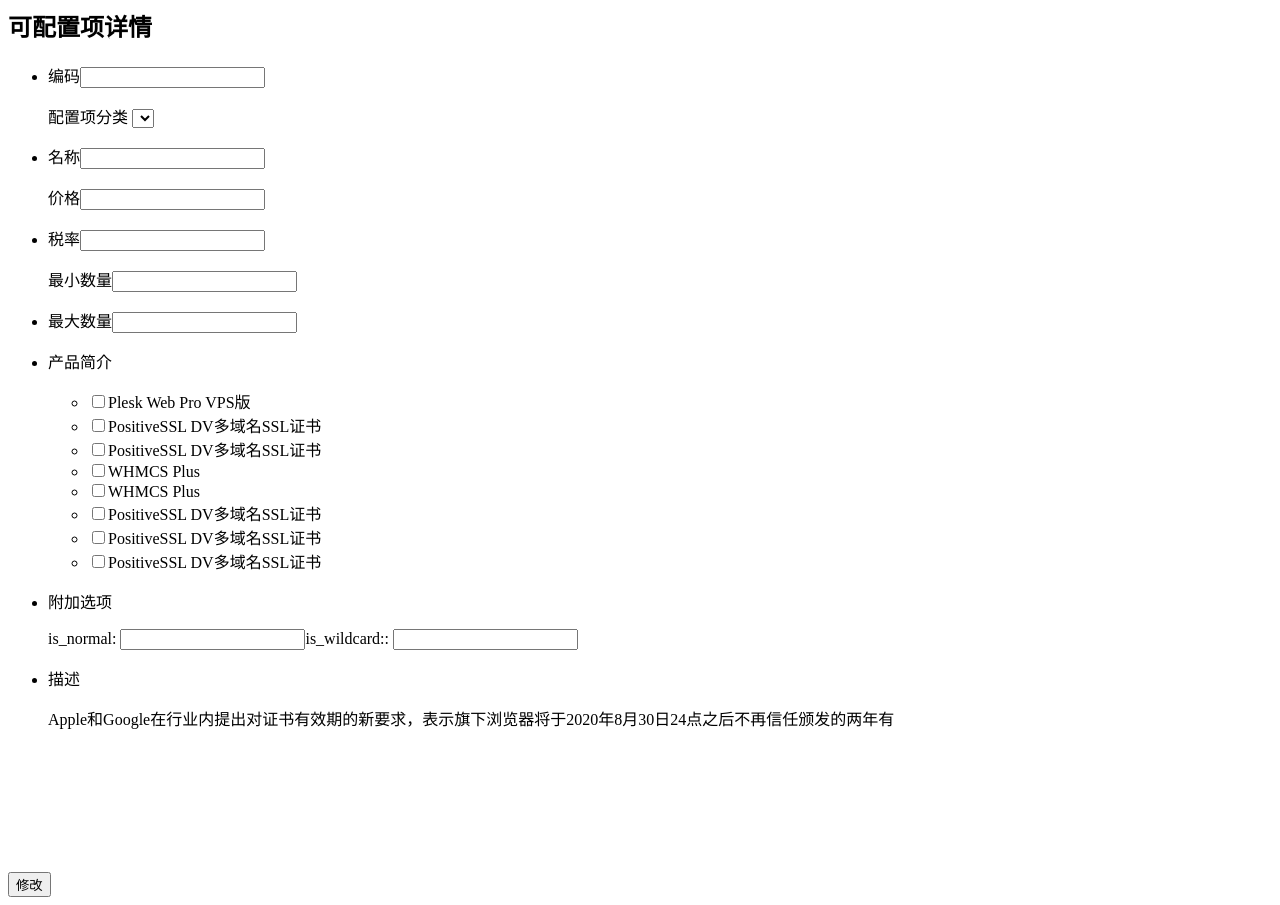
Repository: wangyan466393/racentSystem
Page: configurableDetail.html
The author's editor kept a copy of each file at every save. The page is drawn from the files as they stood at one save, then again after the next save.
The browser window is 1280 px wide. The pictures show the whole page.

Above is the page before, as saved 2020-08-12 16:28:29.

After the next save:
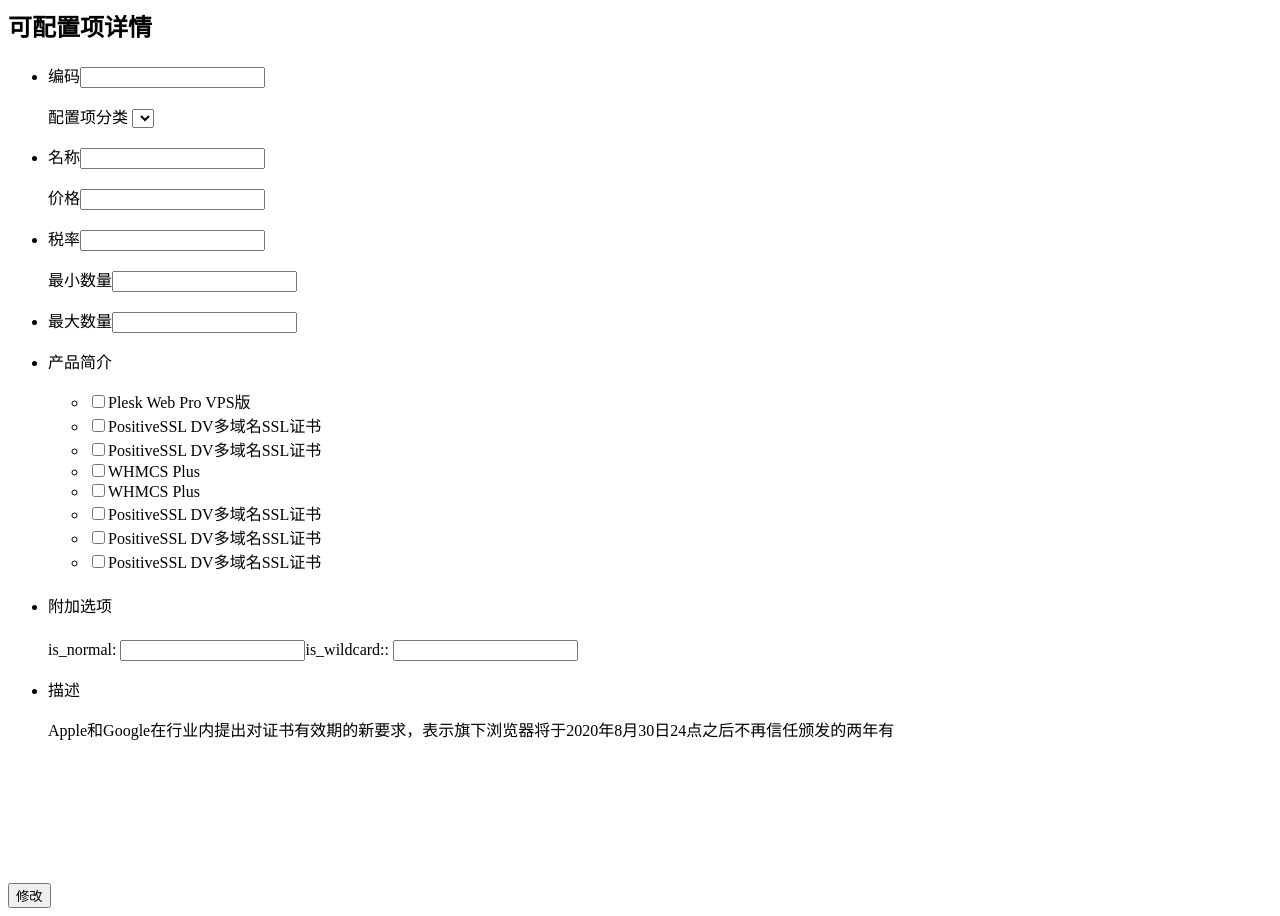
Saved 2 min 0 s later.
--- a/configurableDetail.html
+++ b/configurableDetail.html
@@ -73,7 +73,7 @@
             </div>
             </li>
             <li>
-                <p><span>附加选项</span></p>
+                <p><span style="line-height: 35px;">附加选项</span></p>
                 <div style="width: 100%;display: flex;">
                     <div class="input_group">
                         <span class="input-group-addon">is_normal:</span>
